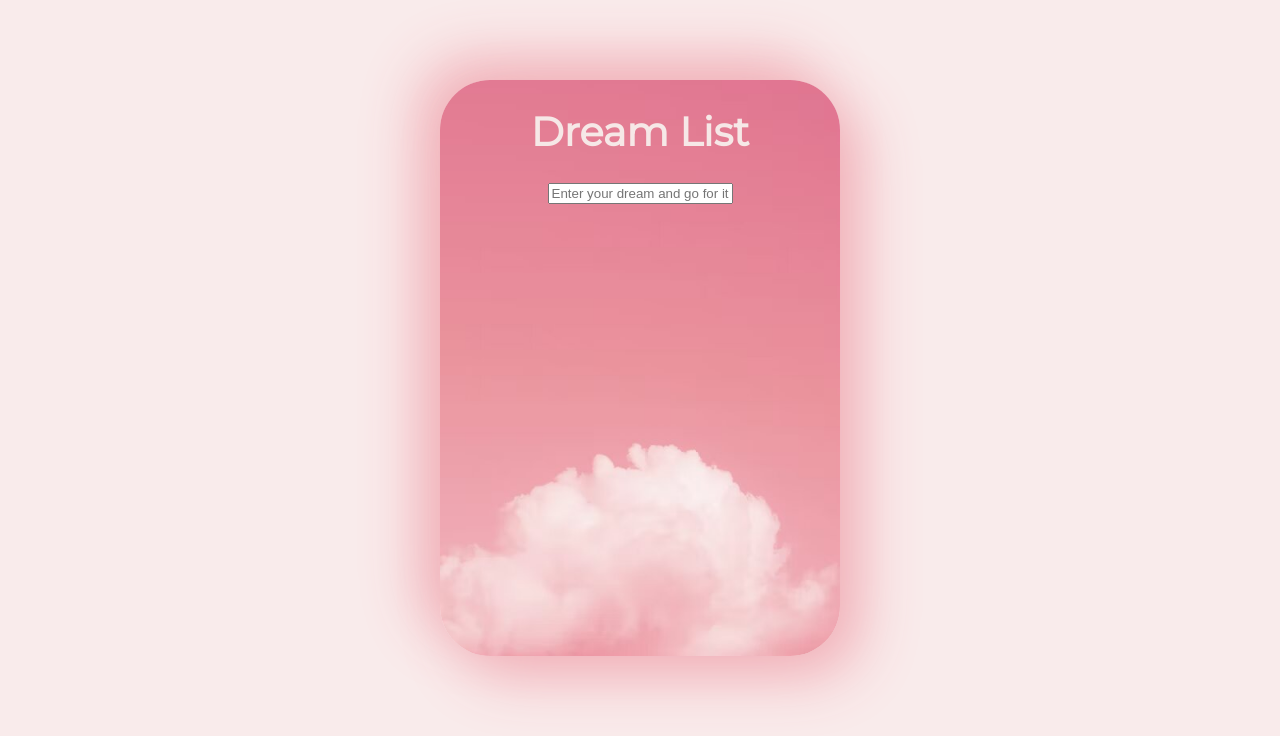
Repository: asya-aisa/grocery-list
Page: /
An editor plug-in stored every save of this project. The page is shown before and after a run of saves, followed by the edit.
The browser window is 1280 px wide. The pictures show the whole page.
The project was rebuilt for these pictures with package versions that can differ from the ones it lists, and the page was loaded fresh each time.

Above is the page before, as saved 2023-07-14 15:18:55.

After the next 3 saves:
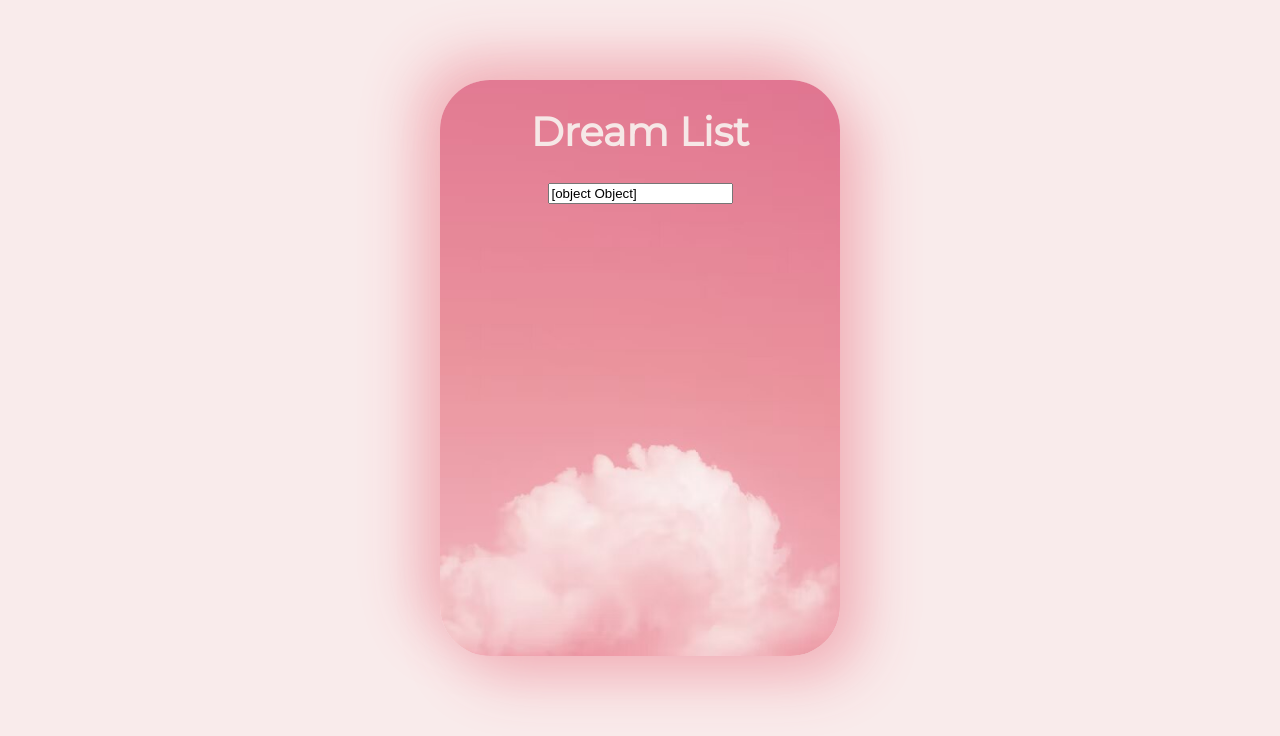
The 3 saves are shown as one change because they came seconds apart.
The last was saved 12 s later.
--- a/src/DreamList.js
+++ b/src/DreamList.js
@@ -9,6 +9,7 @@
         return <div>
             <input type="text" placeholder="Enter your dream and go for it"
             onChange={(e) => {this.upDateInput(e.target.value)}}
+            value={this}
             />
         </div>
     }

After the save that followed:
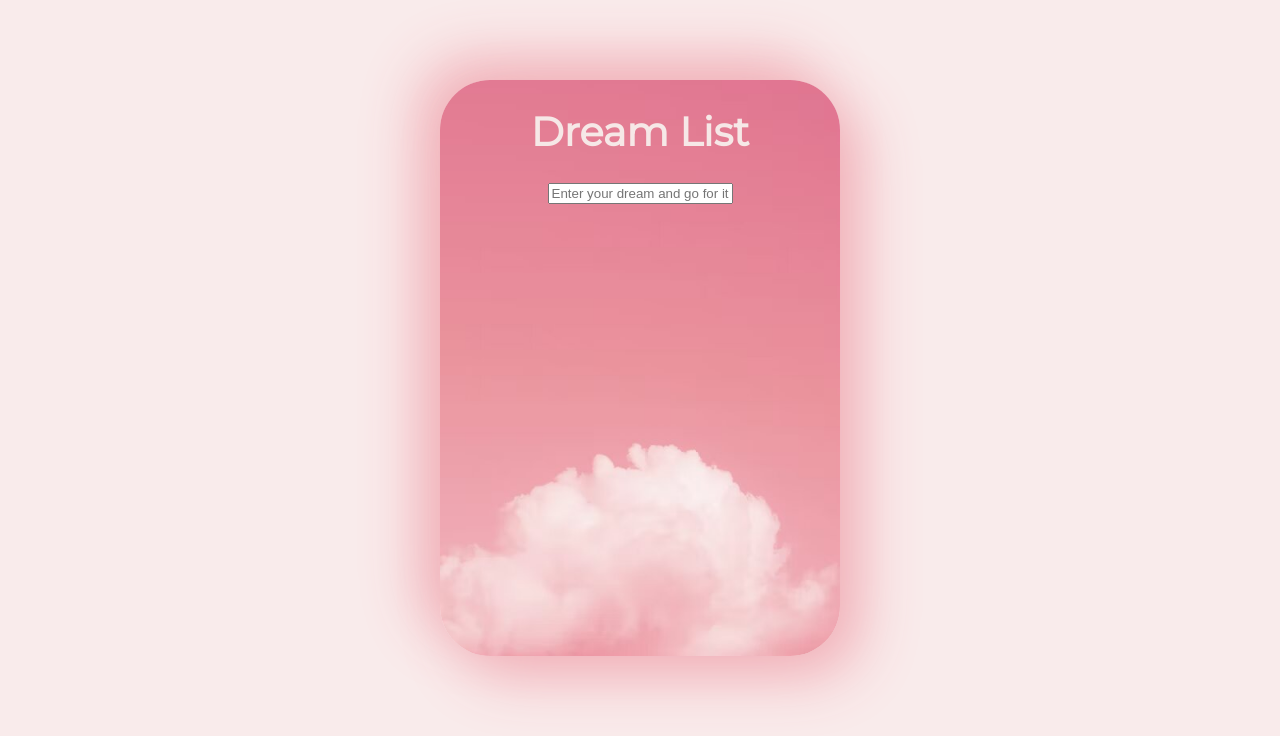
Saved 5 s later.
--- a/src/DreamList.js
+++ b/src/DreamList.js
@@ -9,7 +9,7 @@
         return <div>
             <input type="text" placeholder="Enter your dream and go for it"
             onChange={(e) => {this.upDateInput(e.target.value)}}
-            value={this}
+            value={this.state.inputDream}
             />
         </div>
     }
